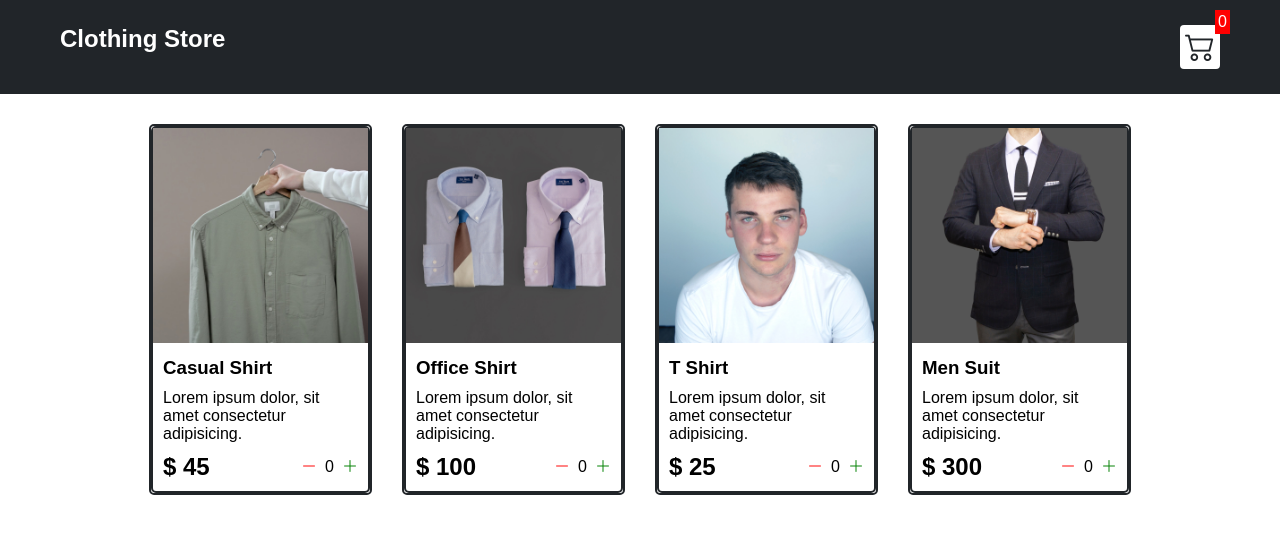
Repository: henryv2003/Shopping-card
Page: index.html
An editor plug-in stored every save of this project. The page is shown before and after the next save, followed by the edit.
The browser window is 1280 px wide. The pictures show the whole page.
Some web libraries are served in a nearby version.

Above is the page before, as saved 2022-11-12 18:23:16.

After the next save:
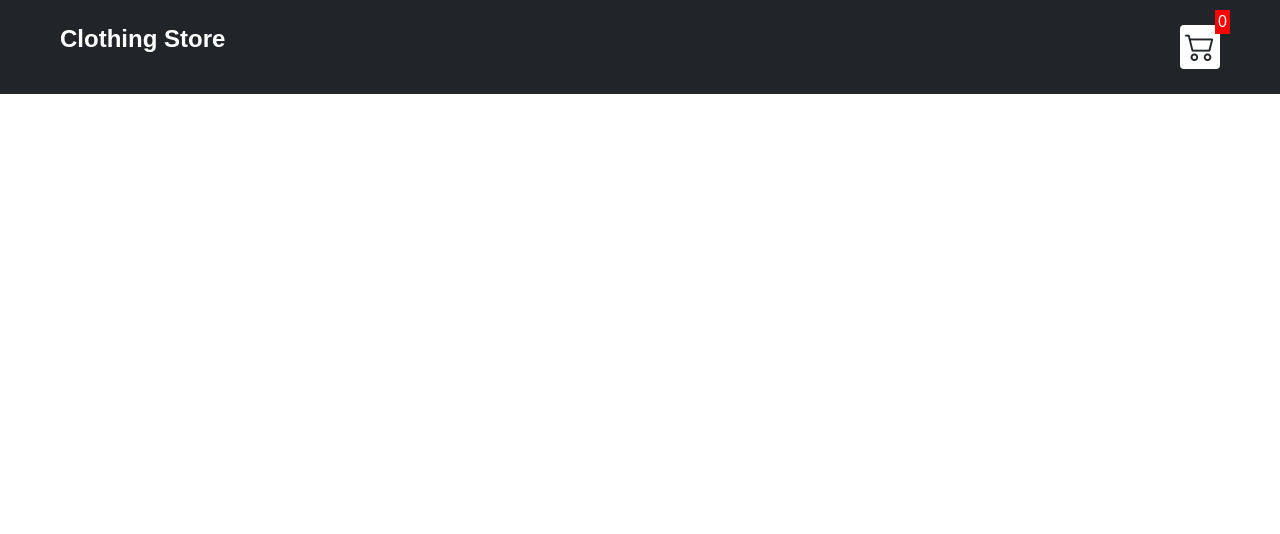
Console error (its wording comes from the project's code and is left out).
Saved 2 min 26 s later.
--- a/main.js
+++ b/main.js
@@ -30,7 +30,7 @@
   },
 ];
 
-let basket = [];
+let basket = JSON.parse(localStorage);
 
 let generateShop = () => {
   return (shop.innerHTML = showItemsData
@@ -83,7 +83,6 @@
     search.item -= 1;
   }
   localStorage.setItem("data", JSON.stringify(basket));
-  localStorage.getItem("data", JSON.stringify(basket));
   update(selectedItem.id);
 };
 

After the 3 saves that followed:
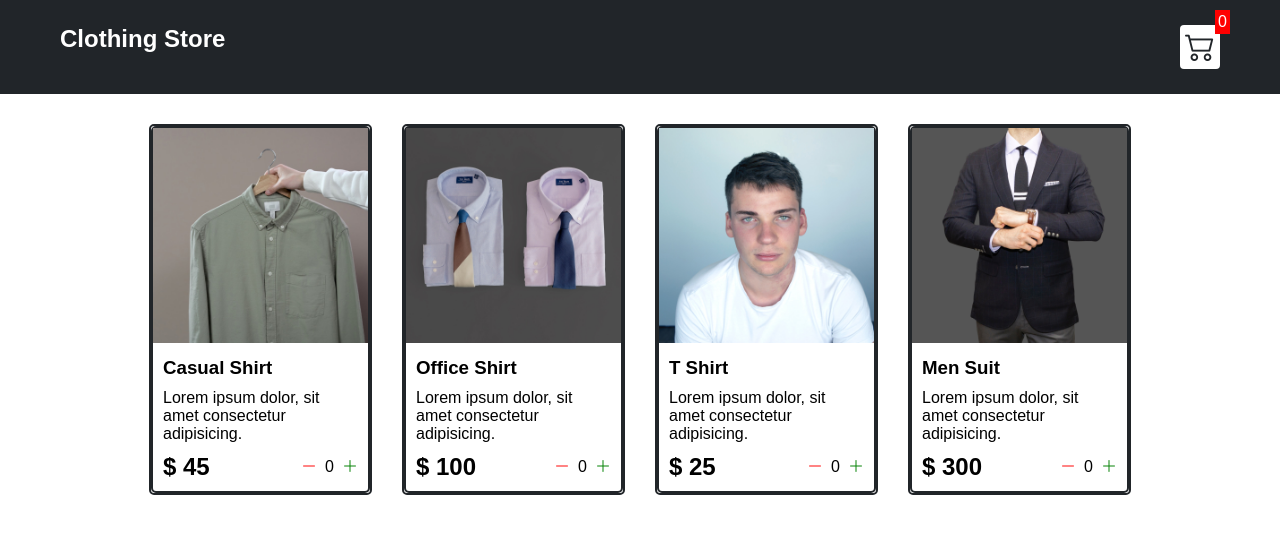
The error is gone.
The 3 saves are shown as one change because 2 left the picture as it was.
The last was saved 60 s later.
--- a/main.js
+++ b/main.js
@@ -30,7 +30,7 @@
   },
 ];
 
-let basket = JSON.parse(localStorage);
+let basket = JSON.parse(localStorage.getItem("data"));
 
 let generateShop = () => {
   return (shop.innerHTML = showItemsData
